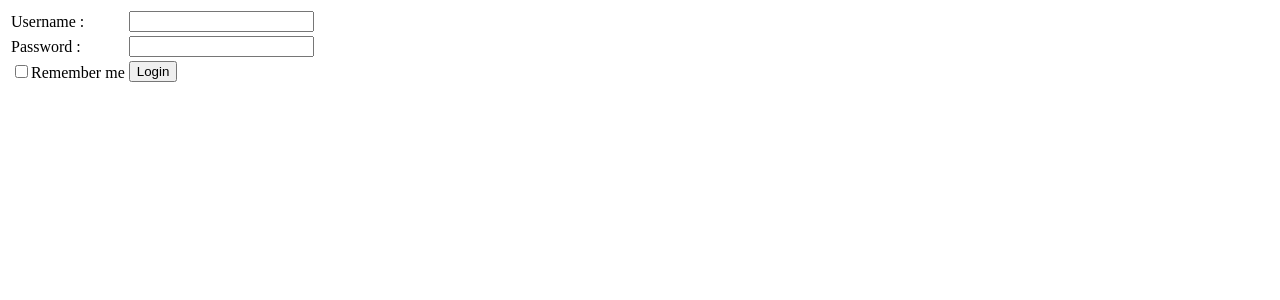
Repository: ngttuyen/JavaWeb
Page: http://localhost/Workshop4/login.jsp
These files come from the project's save history. The page is drawn as it stood at one moment and after a run of saves; the edit follows.
The browser window is 1280 px wide. The pictures show the whole page.
The page is served by Tomcat 9. Other server files are loaded and not shown.

Above is the page before, as saved 2019-05-29 13:31:16.

### Workshop4/WebContent/login.jsp
<%@page import="util.StringUtil"%>
<%@ page language="java" contentType="text/html; charset=ISO-8859-1"
	pageEncoding="ISO-8859-1"%>
<!DOCTYPE html>
<html>
<head>
<meta charset="ISO-8859-1">
<title>Insert title here</title>
</head>
<body>
	<form action="LoginServlet" method="post">
		<table>
			<tr>
				<td><label>Username : </label></td>
				<td><input type="text" name="username"></td>
			</tr>
			<tr>
				<td><label>Password : </label></td>
				<td><input type="password" name="password"></td>
			</tr>
			<tr>
				<td><input type="checkbox" name="remember">Remember me</td>
				<td><input type="submit" value="Login"></td>
			</tr>
		</table>
	</form>
	<%=StringUtil.getString(session.getAttribute("message"))%>
</body>
</html>

### Workshop4/src/util/StringUtil.java
package util;

public class StringUtil {
	public static String getString(Object s) {
		if(s==null) {
			return "";
		}else {
			return String.valueOf(s);
		}
	}
	public static String getString(String s) {
		if(s==null) {
			return "";
		}else {
			return s;
		}
	}
}

After the next 2 saves:
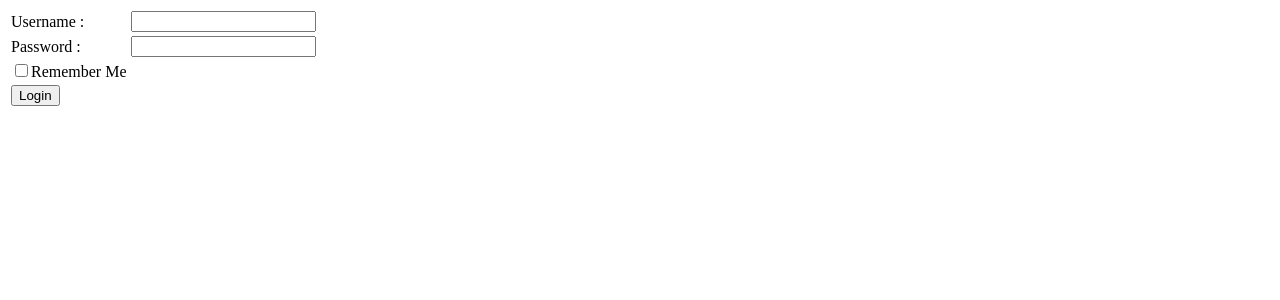
The 2 saves are shown as one change because they came seconds apart.
The last was saved 46 s later.
--- a/Workshop4/WebContent/login.jsp
+++ b/Workshop4/WebContent/login.jsp
@@ -19,9 +19,12 @@
 				<td><input type="password" name="password"></td>
 			</tr>
 			<tr>
-				<td><input type="checkbox" name="remember">Remember me</td>
+				<td><input type="checkbox" name="remember">Remember Me</td>
+			</tr>
+			<tr>
 				<td><input type="submit" value="Login"></td>
 			</tr>
+
 		</table>
 	</form>
 	<%=StringUtil.getString(session.getAttribute("message"))%>
